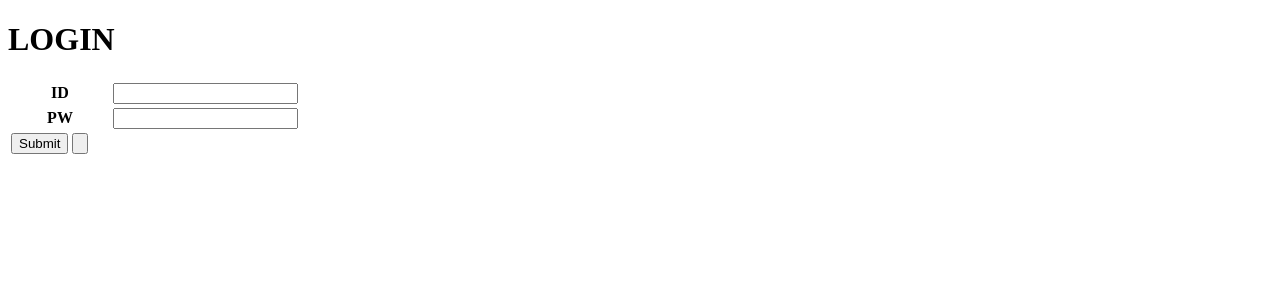
Repository: dgl1231/Code_Practice
Page: http://localhost/Jsp04_LoginBoard/
These files come from the project's save history. The page is drawn as it stood at one moment and after the next save; the edit follows.
The browser window is 1280 px wide. The pictures show the whole page.
The page is served by Tomcat 9. Other server files are loaded and not shown.

Above is the page before, as saved 2022-05-30 00:37:10.

### 5_Web/Jsp04_LoginBoard/WebContent/index.jsp
<%@ page language="java" contentType="text/html; charset=EUC-KR"
    pageEncoding="EUC-KR"%>

<% request.setCharacterEncoding("UTF-8"); %>
<% response.setContentType("text/html; charset=UTF-8");%>
<!DOCTYPE html>
<html>
<head>
<meta charset="UTF-8">
<title>Insert title here</title>
</head>
<body>
	<div style="width:300px;">
		<h1>LOGIN</h1>
		<form action="logincontroller.jsp" method="post">
			<table>
				<col width="100"><col width="100">
				<tr>
					<th>ID</th>
					<td><input type="text" name="id"></td>
				</tr>
				<tr>
					<th>PW</th>
					<td><input type="text" name="pw"></td>
				</tr>
				<tr>
					<td colspan="2">
						<input type="submit" name="login">
						<input type="button" name="regist" onclick="">
					</td>
				</tr>
			</table>
		</form>
	</div>


</body>
</html>

After the next save:
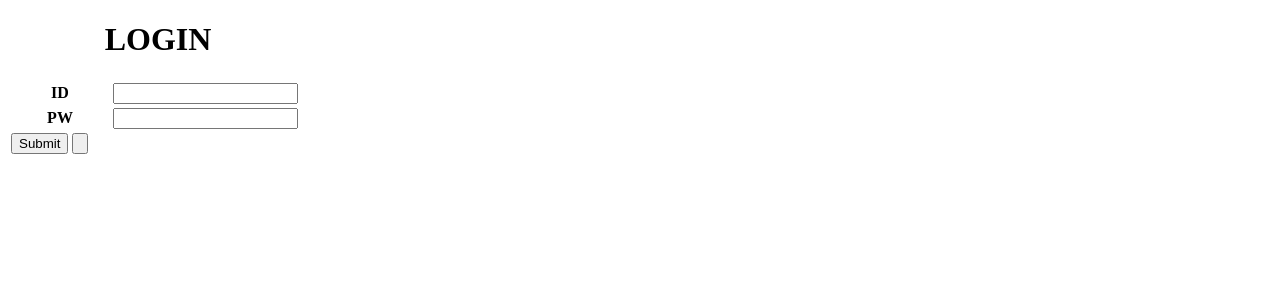
Saved 107 s later.
--- a/5_Web/Jsp04_LoginBoard/WebContent/index.jsp
+++ b/5_Web/Jsp04_LoginBoard/WebContent/index.jsp
@@ -11,7 +11,7 @@
 </head>
 <body>
 	<div style="width:300px;">
-		<h1>LOGIN</h1>
+		<h1 style="text-align:center;">LOGIN</h1>
 		<form action="logincontroller.jsp" method="post">
 			<table>
 				<col width="100"><col width="100">
